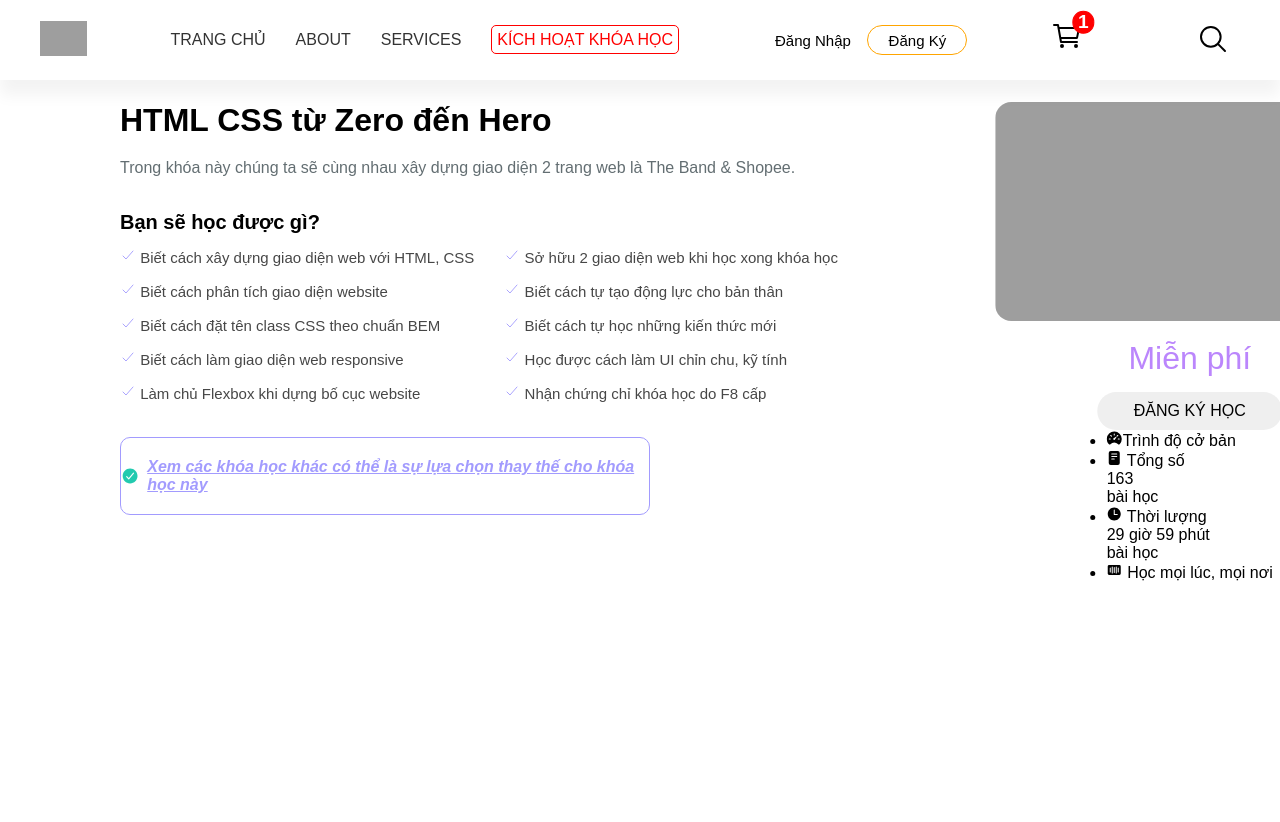
Repository: hoanghuuphuc/hoanghuuphuc
Page: details.html
The author's editor kept a copy of each file at every save. The page is drawn from the files as they stood at one save, then again after the next save.
The browser window is 1280 px wide. The pictures show the whole page.
Pictures or frames that could not be fetched are drawn as grey boxes.

Above is the page before, as saved 2022-12-11 22:25:45.
Console error: TypeError: Cannot read properties of null (reading 'addEventListener')

### details.html
<!DOCTYPE html>
<html lang="en">
  <head>
    <meta charset="UTF-8" />
    <meta http-equiv="X-UA-Compatible" content="IE=edge" />
    <meta name="viewport" content="width=device-width, initial-scale=1.0" />
    <title>Product-Details</title>
    <link rel="stylesheet" href="./style.css" />
    <link rel="stylesheet" href="./rps_mobile.css" />
    <link rel="preconnect" href="https://fonts.gstatic.com" />
  </head>
  <body>
    <header>
      <div class="logo">
        <a href="">
          <img id="img" src="./Img/logene.jfif" alt="" />
        </a>
      </div>
      <div class="group">
        <ul class="navigation">
          <li><a href="">Trang Chủ</a></li>
          <li><a href="">About</a></li>
          <li><a href="">Services</a></li>
          <li><a id="active" href="">Kích Hoạt Khóa Học</a></li>
        </ul>
      </div>
      <div class="User">
        <div class="but">
          <button>Đăng Nhập</button>
          <button>Đăng Ký</button>
        </div>
      </div>
      <div class="icons">
        <ion-icon name="cart-outline"></ion-icon>
        <span>1</span>
      </div>
      <div class="search">
        <span class="icon">
          <ion-icon name="search-outline" class="searchBtn"></ion-icon>
          <ion-icon name="close-outline" class="closeBtn"></ion-icon>
        </span>
      </div>
      <ion-icon name="menu-outline" class="menuToggle"></ion-icon>
      <div class="searchBox">
        <input type="text" placeholder="Search here . . ." />
      </div>
    </header>
    <div class="details-section">
      <div class="details-left">
        <div class="details-left-name">
          <h1>HTML CSS từ Zero đến Hero</h1>
          <span
            >Trong khóa này chúng ta sẽ cùng nhau xây dựng giao diện 2 trang web
            là The Band & Shopee.</span
          >
        </div>
        <span class="bonus">Bạn sẽ học được gì?</span>
        <div class="details-left-content">
          <ul>
            <li>
              <ion-icon name="checkmark-outline"></ion-icon>
              Biết cách xây dựng giao diện web với HTML, CSS
            </li>
            <li>
              <ion-icon name="checkmark-outline"></ion-icon>
              Biết cách phân tích giao diện website
            </li>
            <li>
              <ion-icon name="checkmark-outline"></ion-icon>
              Biết cách đặt tên class CSS theo chuẩn BEM
            </li>
            <li>
              <ion-icon name="checkmark-outline"></ion-icon>
              Biết cách làm giao diện web responsive
            </li>
            <li>
              <ion-icon name="checkmark-outline"></ion-icon>
              Làm chủ Flexbox khi dựng bố cục website
            </li>
          </ul>
          <ul>
            <li>
              <ion-icon name="checkmark-outline"></ion-icon>
              Sở hữu 2 giao diện web khi học xong khóa học
            </li>
            <li>
              <ion-icon name="checkmark-outline"></ion-icon>
              Biết cách tự tạo động lực cho bản thân
            </li>
            <li>
              <ion-icon name="checkmark-outline"></ion-icon>
              Biết cách tự học những kiến thức mới
            </li>
            <li>
              <ion-icon name="checkmark-outline"></ion-icon>
              Học được cách làm UI chỉn chu, kỹ tính
            </li>
            <li>
              <ion-icon name="checkmark-outline"></ion-icon>
              Nhận chứng chỉ khóa học do F8 cấp
            </li>
          </ul>
        </div>
        <div class="details-left-tag">
          <ion-icon name="checkmark-circle"></ion-icon>
          <a href="#">
            Xem các khóa học khác có thể là sự lựa chọn thay thế cho khóa học
            này
          </a>
        </div>
      </div>
      <div class="details-right">
        <div class="details-right-video">
          <iframe
            width="389"
            height="219"
            src="https://www.youtube.com/embed/YTDHcEJs684"
            title="YouTube video player"
            frameborder="0"
            allow="accelerometer; autoplay; clipboard-write; encrypted-media; gyroscope; picture-in-picture"
            allowfullscreen></iframe>
        </div>
        <div class="details-right-content1">
          <span>Miễn phí</span>
          <button>ĐĂNG KÝ HỌC</button>
        </div>
        <div class="details-right-content2">
          <ul>
            <li>
              <ion-icon name="speedometer"></ion-icon
              ><span>Trình độ cở bản</span>
            </li>
            <li>
              <ion-icon name="reader"></ion-icon>
              <span
                >Tổng số
                <p>163</p>
                bài học</span
              >
            </li>
            <li>
              <ion-icon name="time"></ion-icon>
              <span
                ><span
                  >Thời lượng
                  <p>29 giờ 59 phút</p>
                  bài học</span
                ></span
              >
            </li>
            <li>
              <ion-icon name="barcode"></ion-icon
              ><span> Học mọi lúc, mọi nơi </span>
            </li>
          </ul>
        </div>
      </div>
    </div>

    <script src="./app.js"></script>
    <script
      type="module"
      src="https://unpkg.com/ionicons@5.5.2/dist/ionicons/ionicons.esm.js"></script>
    <script
      nomodule
      src="https://unpkg.com/ionicons@5.5.2/dist/ionicons/ionicons.js"></script>
  </body>
</html>

### style.css
* {
  margin: 0;
  padding: 0;
  box-sizing: border-box;
  font-family: "Poppins", sans-serif;
}
body {
  min-height: 100vh;
  overflow-x: hidden;
}
header {
  position: absolute;
  position: fixed;
  z-index: 100;
  top: 0;
  left: 0;
  width: 100%;
  height: 80px;
  background: #fff;
  padding: 20px 40px;
  display: flex;
  justify-content: space-between;
  align-items: center;
  box-shadow: 0px 15px 15px rgba(0, 0, 0, 0.05);
}
.logo img {
  height: 35px;
}
.group {
  display: flex;
  align-items: center;
}
header ul {
  position: relative;
  display: flex;
  gap: 30px;
}
header ul li {
  list-style: none;
}
header ul li a {
  position: relative;
  text-decoration: none;
  font-size: 1em;
  color: #333;
  text-transform: uppercase;
}
header ul li #active {
  border: 1px solid red;
  padding: 5px;
  color: red;
  border-radius: 5px;
}
header ul li a::before {
  content: "";
  position: absolute;
  bottom: -2px;
  width: 100%;
  height: 2px;
  background: #333;
  transform: scaleX(0);
  transition: transform 0.5s ease-in-out;
  transform-origin: right;
}
header ul li a:hover {
  opacity: 0.5;
}
header .User {
  display: flex;
  align-items: center;
}
header .User .but button:nth-child(1) {
  color: #000;
  font-size: 15px;
  height: 30px;
  width: 100px;
  outline: none;
  border: none;
  background: #fff;
}
header .User .but button:nth-child(2) {
  color: #000;
  font-size: 15px;
  height: 30px;
  width: 100px;
  border: 1px solid orange;
  background: #fff;
  border-radius: 15px;
}
header .User .but button:hover {
  opacity: 0.5;
}
header .icons {
  font-size: 2em;
  position: relative;
}
header .icons span {
  position: absolute;
  top: 0%;
  right: 0%;
  line-height: 5%;
  margin-bottom: 50px;
  font-size: 60%;
  color: #fff;
  border: 1px solid red;
  background: red;
  padding: 10px 5px 10px 5px;
  text-align: center;
  font-family: Arial, Helvetica, sans-serif;
  transform: translateX(50%) translateY(-40%);
  border-radius: 100%;
  font-weight: bold;
}
header .search {
  position: relative;
  display: flex;
  justify-content: center;
  align-items: center;
  font-size: 2em;
  z-index: 10;
  cursor: pointer;
}
.searchBox {
  position: absolute;
  right: -100%;
  width: 100%;
  height: 100%;
  display: flex;
  background: #fff;
  align-items: center;
  padding: 0 30px;
  transition: 0.5s ease-in-out;
}
.searchBox.active {
  right: 0;
}
.searchBox input {
  width: 100%;
  border: none;
  outline: none;
  height: 50px;
  color: #333;
  font-size: 1.25em;
  background: #fff;
  border-bottom: 1px solid rgba(0, 0, 0, 0.5);
}
.searchBtn {
  position: relative;
  left: 30px;
  top: 2.5px;
  transition: 0.5s ease-in-out;
}
.searchBtn.active {
  left: 0;
}
.closeBtn {
  opacity: 0;
  visibility: hidden;
  transition: 0.5s;
  scale: 0;
}
.closeBtn.active {
  opacity: 1;
  visibility: visible;
  transition: 0.5s;
  scale: 1;
}
.menuToggle {
  position: relative;
  display: none;
  left: 0;
}
.banner img {
  background-repeat: no-repeat;
  background-size: cover;
  margin-top: 4%;
}
.content {
  display: flex;
  flex-direction: row;
  margin-top: 50px;
  user-select: none;
  justify-content: center;
}
.content .content-1 {
  background-color: black;
  height: 2px;
  width: 200px;
}
.content .content-2 {
  font-size: 30px;
  font-family: "Segoe UI", Tahoma, Geneva, Verdana, sans-serif;
  font-weight: 600;
  padding: 10px;
  margin-top: -32px;
}
.content .content-3 {
  background-color: black;
  height: 2px;
  width: 200px;
}
.boxs {
  display: flex;
  justify-content: center;
  flex-wrap: wrap;
}
.box {
  margin-top: 10px;
  padding: 20px;
  margin: 10px;
  background: #f0f0f0;
  border-radius: 15px;
}
.box-image img {
  height: 250px;
  border-radius: 5%;
}
.box-content .box-name {
  display: flex;
  justify-content: center;
  align-items: center;
  padding: 10px;
}
.box-content .box-name span {
  font-weight: 700;
  margin-right: 5px;
  font-size: 20px;
  font-family: "Segoe UI", Tahoma, Geneva, Verdana, sans-serif;
  overflow: hidden;
  text-overflow: ellipsis;
  white-space: nowrap;
  width: 200px;
  text-align: center;
}
.box-content .box-price {
  display: flex;
  flex-direction: column;
  justify-content: center;
  padding: 5px 10px 10px 10px;
}
.box-content .box-price .price {
  padding: 0px 10px 10px 10px;
}
.price {
  overflow: hidden;
  text-overflow: ellipsis;
  white-space: nowrap;
  width: 210px;
}
.box-content .box-price .price span {
  font-size: 18px;
  font-weight: 500;
}
.box-content .box-price .price a {
  font-weight: 600;
}
.sale {
  overflow: hidden;
  text-overflow: ellipsis;
  white-space: nowrap;
  width: 210px;
}
.box-content .box-price .sale {
  padding: 0px 10px 0px 10px;
}
.box-content .box-price .sale span {
  font-size: 18px;
}
.box-content .box-price .sale a {
  font-size: 18px;
  color: red;
  font-weight: bold;
  text-decoration: none;
}
.box-btn {
  display: flex;
  justify-content: space-between;
  align-items: center;
  border-top: 1px solid #c0c0c0;
}
.box-btn button {
  padding: 5px 20px;
  font-size: 16px;
  font-weight: 500;
  font-family: "Lucida Sans", "Lucida Sans Regular", "Lucida Grande",
    "Lucida Sans Unicode", Geneva, Verdana, sans-serif;
  color: orangered;
  border: 1px solid orangered;
  border-radius: 5px;
  margin-top: 15px;
}
.box-btn button:hover {
  opacity: 0.5;
}
.box-btn ion-icon {
  font-size: 25px;
  font-weight: 500;
  color: orangered;
  margin-top: 15px;
  font-weight: 300;
}
.box-btn ion-icon:hover {
  opacity: 0.5;
}
.title {
  padding: 20px 0px 20px 150px;
}
.title span {
  font-size: 18px;
}
.tabs {
  display: flex;
  justify-content: flex-start;
  padding: 10px 150px 0px 150px;
  flex-wrap: wrap;
}
.tabs .tab-item {
  margin: 0px 0px 0px 5px;
}
.tabs .line {
  position: absolute;
  left: 0;
  bottom: 0;
  width: 0;
  height: 6px;
  border-radius: 15px;
  transition: all 0.2s ease;
}
.tab-item {
  min-width: 80px;
  padding: 5px 10px;
  font-size: 20px;
  text-align: center;
  color: #181821;
  background-color: #dee1e2;
  border-top-left-radius: 5px;
  border-top-right-radius: 5px;
  border-bottom: 5px solid transparent;
  opacity: 0.6;
  cursor: pointer;
  transition: all 0.5s ease;
  display: flex;
  justify-content: center;
  align-items: center;
  border-bottom: 2px solid #000;
}
.tab-icon {
  font-size: 24px;
  position: relative;
}
.tab-item:hover {
  opacity: 1;
  background-color: rgba(194, 53, 100, 0.05);
  border-color: rgba(194, 53, 100, 0.1);
}
.tab-item.active {
  opacity: 1;
  color: #ff4500;
  font-weight: 500;
  border-bottom: 2px solid #ff4500;
}
.tab-content {
  padding: 28px 0px 0px 150px;
}
.tab-pane {
  color: #333;
  display: none;
}
.tab-pane.active {
  display: block;
}
.tab-pane h2 {
  font-size: 24px;
  margin-bottom: 8px;
}
.boxeds {
  display: flex;
  flex-wrap: wrap;
}
.boxed {
  margin-top: 10px;
  padding: 20px;
  margin: 20px 20px 10px 0px;
  background: #f0f0f0;
  border-radius: 15px;
}
.boxed-image img {
  height: 250px;
  width: auto;
  border-radius: 10px;
  overflow: hidden;
  object-fit: cover;
}
.boxed-content .boxed-content-name {
  display: flex;
  justify-content: center;
  align-items: center;
  padding: 10px;
}
.boxed-content-name span {
  font-weight: 600;
  margin-right: 5px;
  font-size: 20px;
  font-family: "Segoe UI", Tahoma, Geneva, Verdana, sans-serif;
  overflow: hidden;
  text-overflow: ellipsis;
  white-space: nowrap;
  width: 200px;
  text-align: center;
  font-weight: 700;
}
.boxed-content-price {
  padding: 5px 10px 10px 10px;
}
.boxed-content-price1 span {
  font-size: 18px;
  font-weight: 500;
}
.boxed-content-price1 a {
  font-weight: 600;
}
.boxed-content-sale {
  padding: 10px 10px 10px 0px;
}
.boxed-content-sale span {
  font-size: 18px;
  font-weight: 500;
}
.boxed-content-sale a {
  font-weight: 600;
  color: red;
}
.boxed-content-btn {
  display: flex;
  justify-content: space-between;
  align-items: center;
  border-top: 1px solid #c0c0c0;
}
.boxed-content-btn button {
  padding: 5px 20px;
  font-size: 16px;
  font-weight: 500;
  font-family: "Lucida Sans", "Lucida Sans Regular", "Lucida Grande",
    "Lucida Sans Unicode", Geneva, Verdana, sans-serif;
  color: orangered;
  border: 1px solid orangered;
  border-radius: 5px;
  margin-top: 15px;
}
.boxed-content-btn button:hover {
  opacity: 0.5;
}
.boxed-content-btn ion-icon {
  font-size: 25px;
  font-weight: 500;
  color: orangered;
  margin-top: 15px;
  font-weight: 300;
}
.boxed-content-btn ion-icon:hover {
  opacity: 0.5;
}
footer {
  background: #181821;
  display: flex;
  justify-content: space-around;
  padding: 100px;
}
.footer-one a {
  font-size: 25px;
  padding: 5px;
  color: #fff;
  font-weight: 600;
}
.footer-one ul li {
  color: #a9b3bb;
  list-style: none;
  padding: 5px;
  font-size: 16px;
}
.footer-one span {
  font-style: italic;
}
.footer-two span {
  font-size: 25px;
  padding: 5px;
  color: #fff;
  font-weight: 600;
}
.footer-two ul li {
  color: #a9b3bb;
  list-style: none;
  padding: 5px;
  font-size: 16px;
}
.footer-three span {
  font-size: 25px;
  padding: 5px;
  color: #fff;
  font-weight: 600;
}
.footer-three ul li {
  color: #a9b3bb;
  list-style: none;
  padding: 5px;
  font-size: 16px;
}
.footers {
  display: flex;
  justify-content: space-around;
  background: #181821;
  padding: 10px;
  border-top: 2px solid #333;
  align-items: center;
}
.footers-text {
  color: #a9b3bb;
  font-size: 16px;
}
.footers-media img {
  width: auto;
  height: 40px;
  object-fit: cover;
  padding: 5px;
}
/* Css của form login */
.container {
  display: flex;
  justify-content: center;
  flex-direction: column;
  align-items: center;
  min-height: 100vh;
}
.form-login {
  border: 1px solid #999;
  padding: 50px 50px 30px 50px;
  width: 400px;
}
.form-login-input {
  margin: 15px 0;
}
.form-login-image {
  display: flex;
  justify-content: center;
  margin-bottom: 50px;
}
.form-input {
  border: 1px solid #999;
  border-radius: 4px;
  width: 100%;
  height: 50px;
  padding: 0 20px;
  transition: 0.25s ease;
  outline: none;
}
.form-input:focus {
  border-color: #ff4500;
}
.form-login-input {
  position: relative;
}
.form-label {
  position: absolute;
  top: 50%;
  transform: translateY(-50%);
  left: 21px;
  user-select: none;
  color: #999;
  pointer-events: none;
  transition: 0.25s ease;
}
.form-input:not(:placeholder-shown) + .form-label,
.form-input:focus + .form-label {
  top: 0;
  left: 11px;
  padding: 0 10px;
  display: inline-block;
  background-color: #fff;
  color: #ff4500;
  font-weight: 500;
  font-size: 14px;
}
.form-login-input .fa-regular {
  position: absolute;
  left: 90%;
  top: 18px;
  cursor: pointer;
}
.form-login-input .hidden {
  display: none;
}
.remember {
  display: flex;
  align-items: center;
}
.remember span {
  color: #999;
  margin-left: 10px;
}
.btn-login button {
  margin-top: 10px;
  width: 100%;
  padding: 8px;
  font-weight: 600;
  font-style: 20px;
  transition: 0.25s ease;
  font-family: "Segoe UI", Tahoma, Geneva, Verdana, sans-serif;
}
.btn-login button:hover {
  opacity: 0.5;
}
.or {
  display: flex;
  flex-direction: row;
  margin-top: 20px;
  user-select: none;
  justify-content: center;
}
.or-left {
  background-color: #999;
  height: 1px;
  width: 45%;
}
.or-center {
  font-family: "Segoe UI", Tahoma, Geneva, Verdana, sans-serif;
  font-weight: 600;
  padding: 10px;
  margin-top: -22px;
  color: #999;
}
.or-right {
  background-color: #999;
  height: 1px;
  width: 45%;
}
.forgot {
  padding-top: 20px;
  display: flex;
  justify-content: flex-end;
}
.forgot a {
  text-decoration: none;
  font-weight: 500;
  color: rgb(0, 149, 246);
}
.logins {
  display: grid;
  grid-template-columns: 1fr 3fr;
  align-items: center;
  padding: 0 10px;
}
.logins a {
  text-decoration: none;
}
.logins span {
  color: #333;
  padding-left: 10%;
  font-weight: 600;
  font-family: "Segoe UI", Tahoma, Geneva, Verdana, sans-serif;
}
.logins img {
  height: 30px;
  margin-left: 10px;
  transform: translateX(100%);
}
.login-facebook {
  margin-bottom: 10px;
}
.form-login-2 {
  border: 1px solid #999;
  padding: 20px 60px;
  margin-top: 10px;
}
.form-login-2 span a {
  text-decoration: none;
  font-weight: 600;
  color: rgb(0, 149, 246);
  font-family: "Segoe UI", Tahoma, Geneva, Verdana, sans-serif;
}
/* Css của trang chi tiết */
.details-section {
  margin-top: 8%;
  display: grid;
  grid-template-columns: 3fr 1fr;
  padding: 0 120px;
}
.details-left {
}
.details-left-name {
  margin-bottom: 20px;
}
.details-left-name h1 {
  margin-bottom: 20px;
}
.details-left-name span {
  font-weight: 300;
  color: #636e72;
}
.details-section .bonus {
  font-weight: 600;
  font-size: 20px;
  line-height: 50px;
}
.details-left-content {
  display: flex;
  flex-wrap: wrap;
  justify-content: flex-start;
  align-items: center;
}
.details-left-content ul li {
  list-style: none;
  margin-bottom: 15px;
  padding-left: 0;
  margin-right: 30px;
  font-size: 15px;
  color: #333;
  font-weight: 300;
  opacity: 0.9;
}
.details-left-content ul li ion-icon {
  color: #a29bfe;
  font-weight: bold;
  font-size: 16px;
}
.details-left-tag {
  margin-top: 20px;
  display: flex;
  align-items: center;
  justify-content: center;
  border: 1px solid #a29bfe;
  width: 68%;
  padding: 20px 0px;
  border-radius: 10px;
}
.details-left-tag ion-icon {
  margin-right: 8px;
  color: #22caaf;
  font-size: 20px;
}
.details-left-tag a {
  font-weight: 600;
  font-style: italic;
  color: #a29bfe;
  text-decoration: none;
  text-decoration-line: underline;
}
.details-right {
  display: flex;
  flex-direction: column;
  align-items: center;
  position: fixed;
  transform: translateX(225%);
}
.details-right-video iframe {
  border-radius: 16px;
}
.details-right-content1 {
  display: flex;
  flex-direction: column;
  align-items: center;
}
.details-right-content1 span {
  margin: 15px;
  font-size: 32px;
  user-select: none;
  color: #bb86fc !important;
}
.details-right-content1 button {
  font-size: 1rem;
  padding: 10px 36px;
  border-radius: 999px !important;
  border: none;
}
.details-right-content2 {
}

### app.js
let searchBtn = document.querySelector(".searchBtn");
let closeBtn = document.querySelector(".closeBtn");
let searchBox = document.querySelector(".searchBox");
let navigation = document.querySelector(".navigation");
let menuToggle = document.querySelector(".menuToggle");
let header = document.querySelector("header");
searchBtn.onclick = function () {
  searchBox.classList.add("active");
  closeBtn.classList.add("active");
  searchBtn.classList.add("active");
  menuToggle.classList.add("hide");
  header.classList.remove("open");
};
closeBtn.onclick = function () {
  searchBox.classList.remove("active");
  closeBtn.classList.remove("active");
  searchBtn.classList.remove("active");
  menuToggle.classList.remove("hide");
};
menuToggle.onclick = function () {
  header.classList.toggle("open");
  searchBox.classList.remove("active");
  closeBtn.classList.remove("active");
  searchBtn.classList.remove("active");
};
const $ = document.querySelector.bind(document);
const $$ = document.querySelectorAll.bind(document);

const tabs = $$(".tab-item");
const panes = $$(".tab-pane");

const tabActive = $(".tab-item.active");
const line = $(".tabs .line");

// SonDN fixed - Active size wrong size on first load.
// Original post: https://www.facebook.com/groups/649972919142215/?multi_permalinks=1175881616551340
requestIdleCallback(function () {
  line.style.left = tabActive.offsetLeft + "px";
  line.style.width = tabActive.offsetWidth + "px";
});

tabs.forEach((tab, index) => {
  const pane = panes[index];

  tab.onclick = function () {
    $(".tab-item.active").classList.remove("active");
    $(".tab-pane.active").classList.remove("active");

    line.style.left = this.offsetLeft + "px";
    line.style.width = this.offsetWidth + "px";

    this.classList.add("active");
    pane.classList.add("active");
  };
});
const input = document.querySelector(".form-input");
const eyeOpen = document.querySelector(".eye-open");
const eyeClose = document.querySelector(".eye-close");
eyeOpen.addEventListener("click", function () {
  eyeOpen.classList.add("hidden");
  eyeClose.classList.remove("hidden");
  input.setAttribute("type", "password");
});
eyeClose.addEventListener("click", function () {
  eyeOpen.classList.remove("hidden");
  eyeClose.classList.add("hidden");
  input.setAttribute("type", "text");
});

Loaded but not shown: css/rps_mobile.css (no copy from this time; the picture is the same without it)

After the next save:
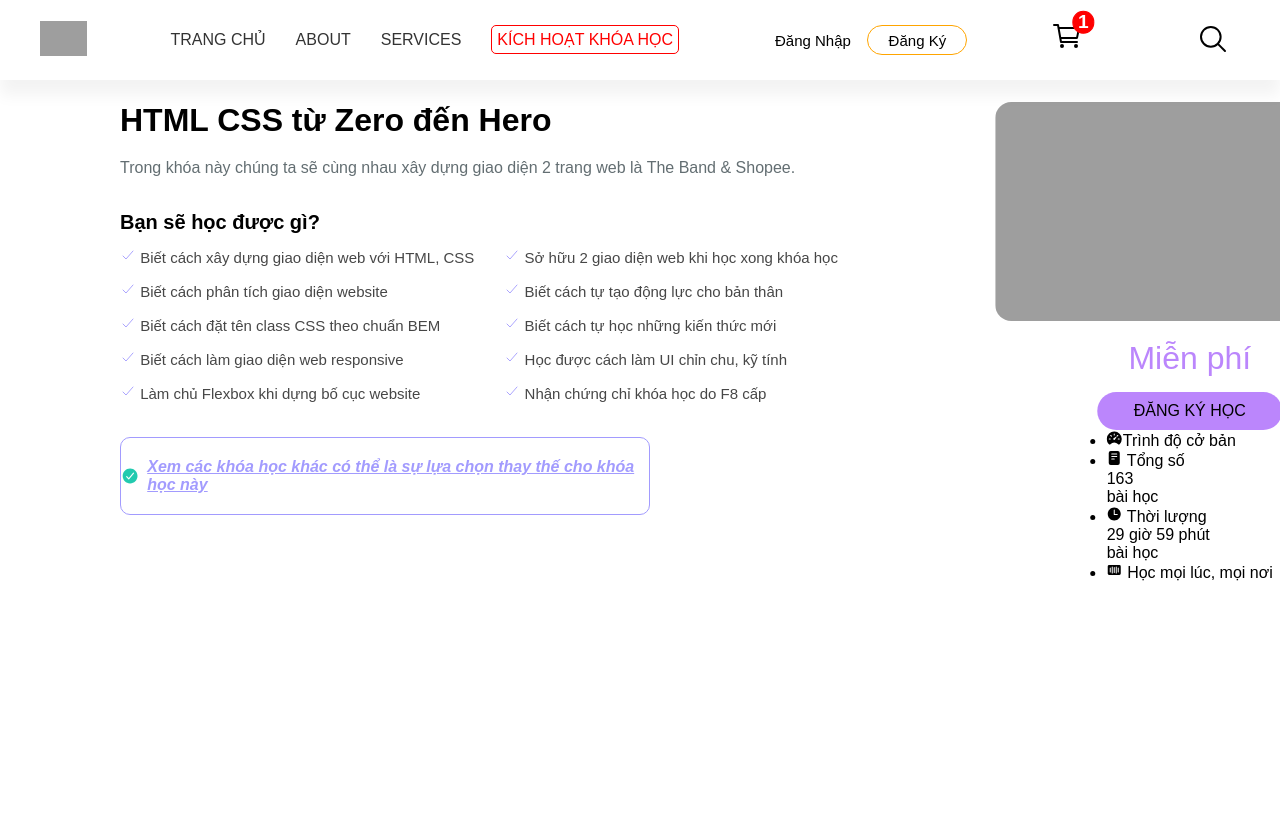
Saved 14 s later.
--- a/style.css
+++ b/style.css
@@ -770,6 +770,7 @@ footer {
   padding: 10px 36px;
   border-radius: 999px !important;
   border: none;
+  background: #bb86fc !important;
 }
 .details-right-content2 {
 }
